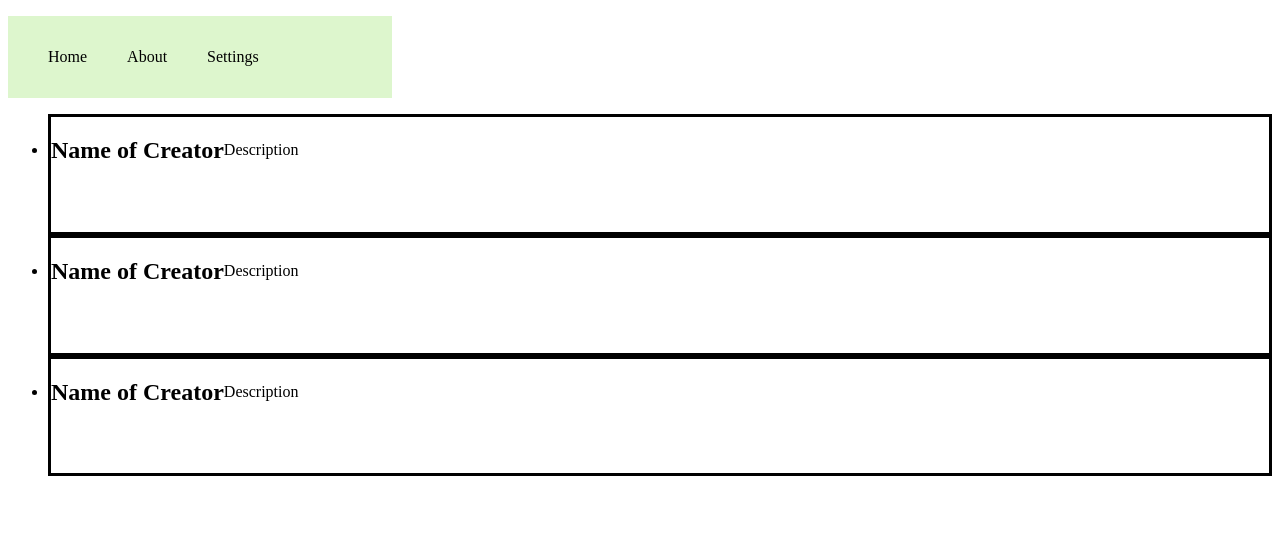
Repository: k8ANStar/Questify
Page: /About
These files come from the project's save history. The page is drawn as it stood at one moment and after a run of saves; the edit follows.
The browser window is 1280 px wide. The pictures show the whole page.
The project was rebuilt for these pictures with package versions that can differ from the ones it lists, and the page was loaded fresh each time. The framework's server and built-in components were replaced by stand-ins that run in the browser. Also part of the build but not shown: next.config.mjs, styles/Home.module.css.

Above is the page before, as saved 2024-03-24 21:59:26.

After the next 2 saves:
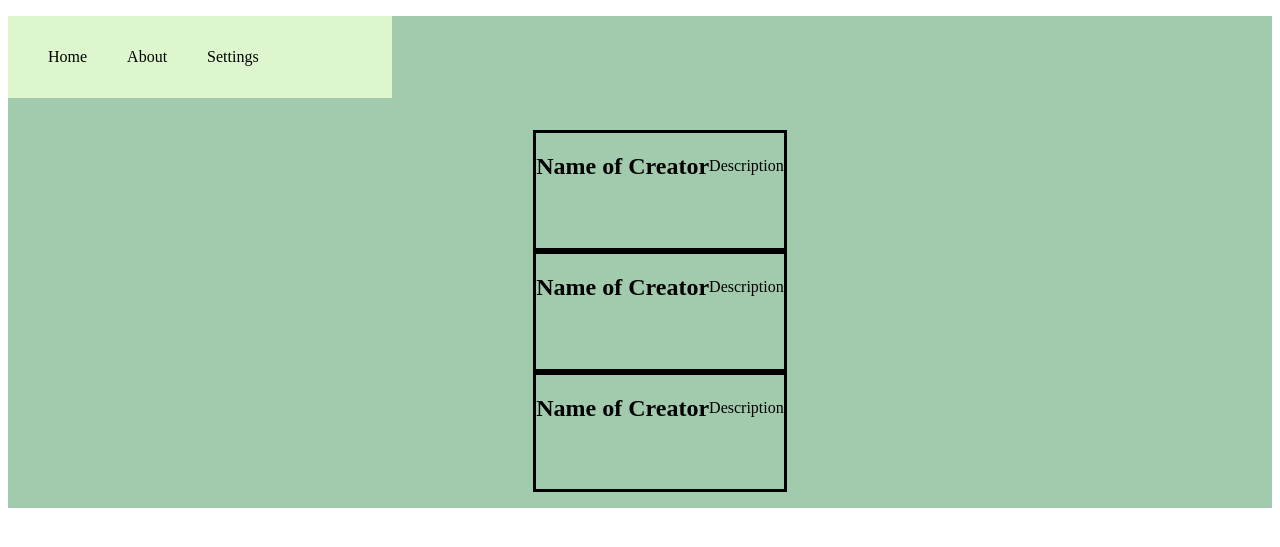
The 2 saves are shown as one change because they came seconds apart.
The last was saved 21 s later.
--- a/pages/About.js
+++ b/pages/About.js
@@ -1,7 +1,7 @@
 import Card from "@/components/Card";
 import Header from "@/components/Header";
+import styles from "@/styles/About.module.css/";
 
-import styles from "@/styles/Home.module.css";
 export default function About() {
 	return (
 		<div className={styles.aboutPage}>
